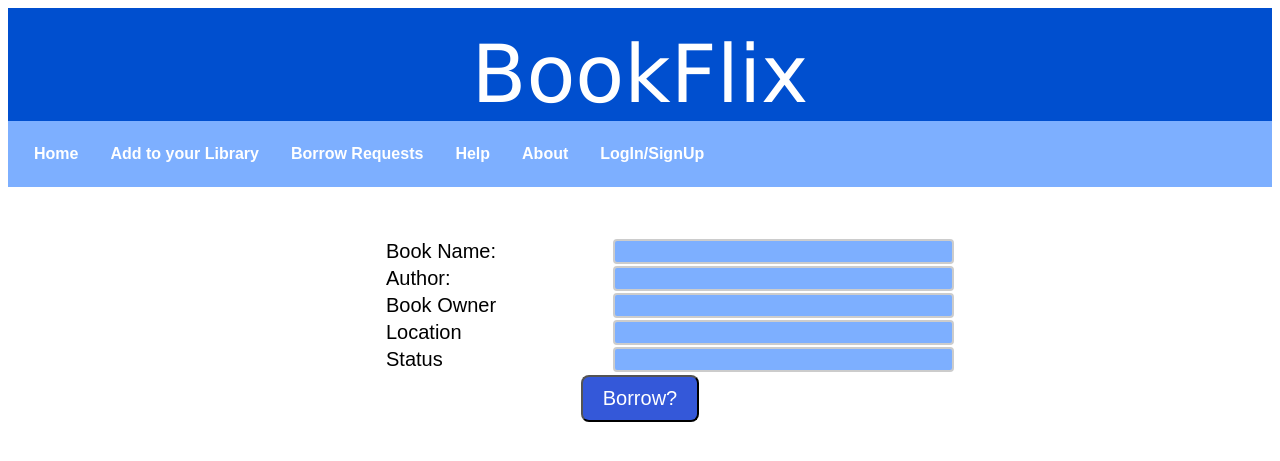
Repository: dan-10/Deloitte
Page: http://localhost/BookFlix/WEB-INF/views/status.jsp
The author's editor kept a copy of each file at every save. The page is drawn from the files as they stood at one save, then again after the next save.
The browser window is 1280 px wide. The pictures show the whole page.
The page is served by Tomcat 9. Nobody is signed in. The template is opened directly, without the code that normally fills it, so the values that code supplies are empty.

Above is the page before, as saved 2019-08-09 05:01:13.

After the next save:
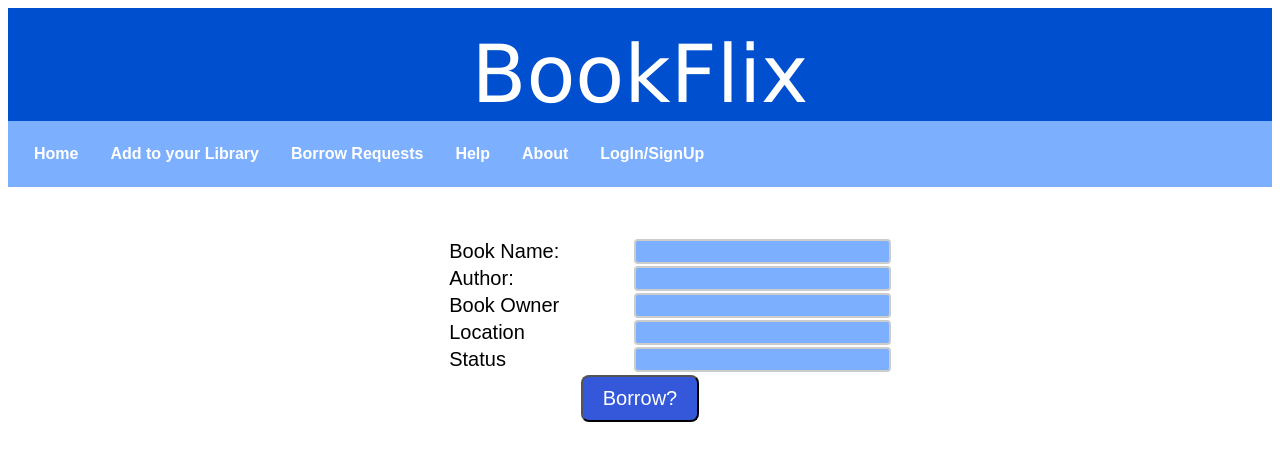
Saved 10 s later.
--- a/DeloitteTrainig/Final Project BookFlix/BookFlix/src/main/webapp/WEB-INF/views/status.jsp
+++ b/DeloitteTrainig/Final Project BookFlix/BookFlix/src/main/webapp/WEB-INF/views/status.jsp
@@ -48,7 +48,7 @@
 				<center>
 
 					<f:form>
-						<table width="50%">
+						<table width="40%">
 							<tr>
 								<td class = "td1">Book Name:</td>
 								<td class = "td">${bookname}</td>
